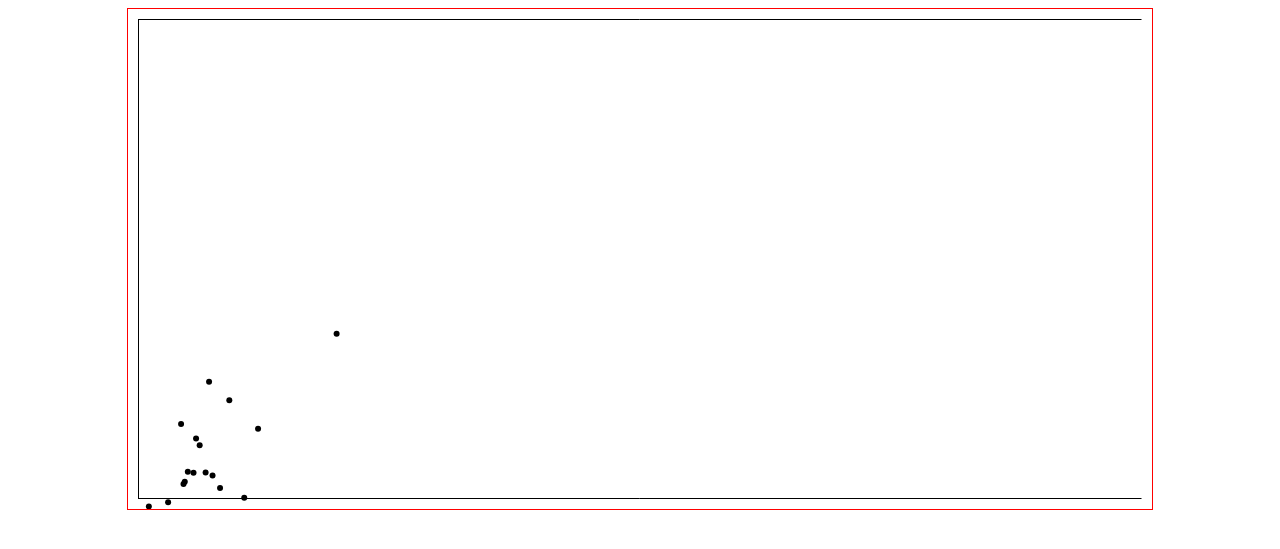
Repository: cw19931024/Demo
Page: canvas.html
An editor plug-in stored every save of this project. The page is shown before and after the next save, followed by the edit.
The browser window is 1280 px wide. The pictures show the whole page.

Above is the page before, as saved 2017-07-27 11:24:42.

After the next save:
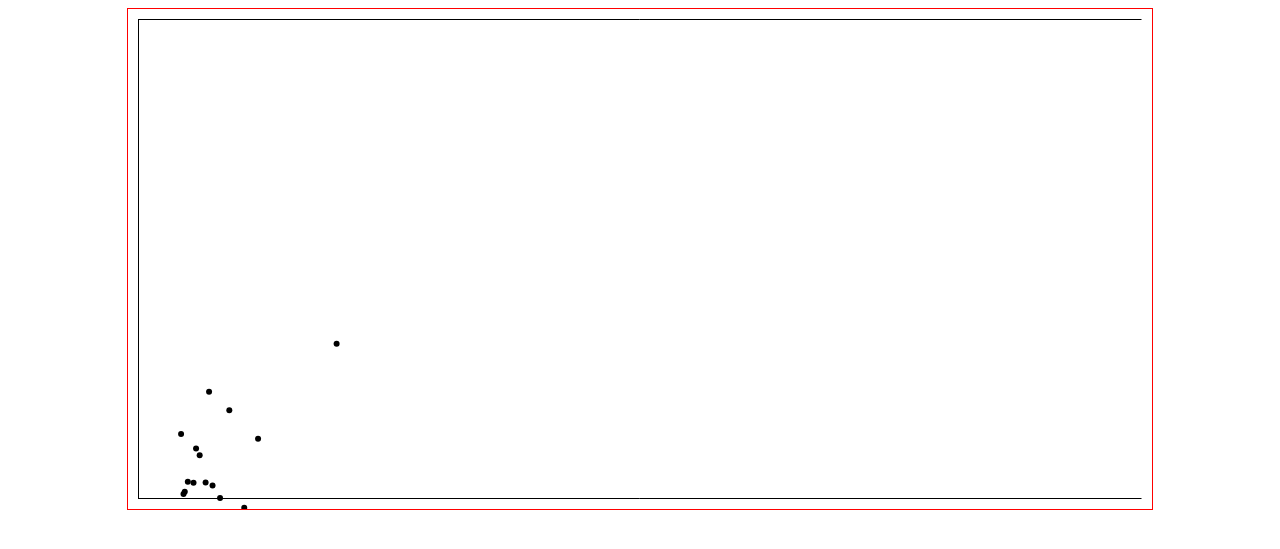
Saved 19 s later.
--- a/canvas.html
+++ b/canvas.html
@@ -63,7 +63,7 @@
 
     data.forEach(function(e){
         context.beginPath();
-        context.arc(e[0]+20,height-e[1],3, 0, Math.PI*2, true);
+        context.arc(e[0]+20,height-e[1]+10,3, 0, Math.PI*2, true);
         context.fillStyle = "#000000";
         context.fill();
     })
